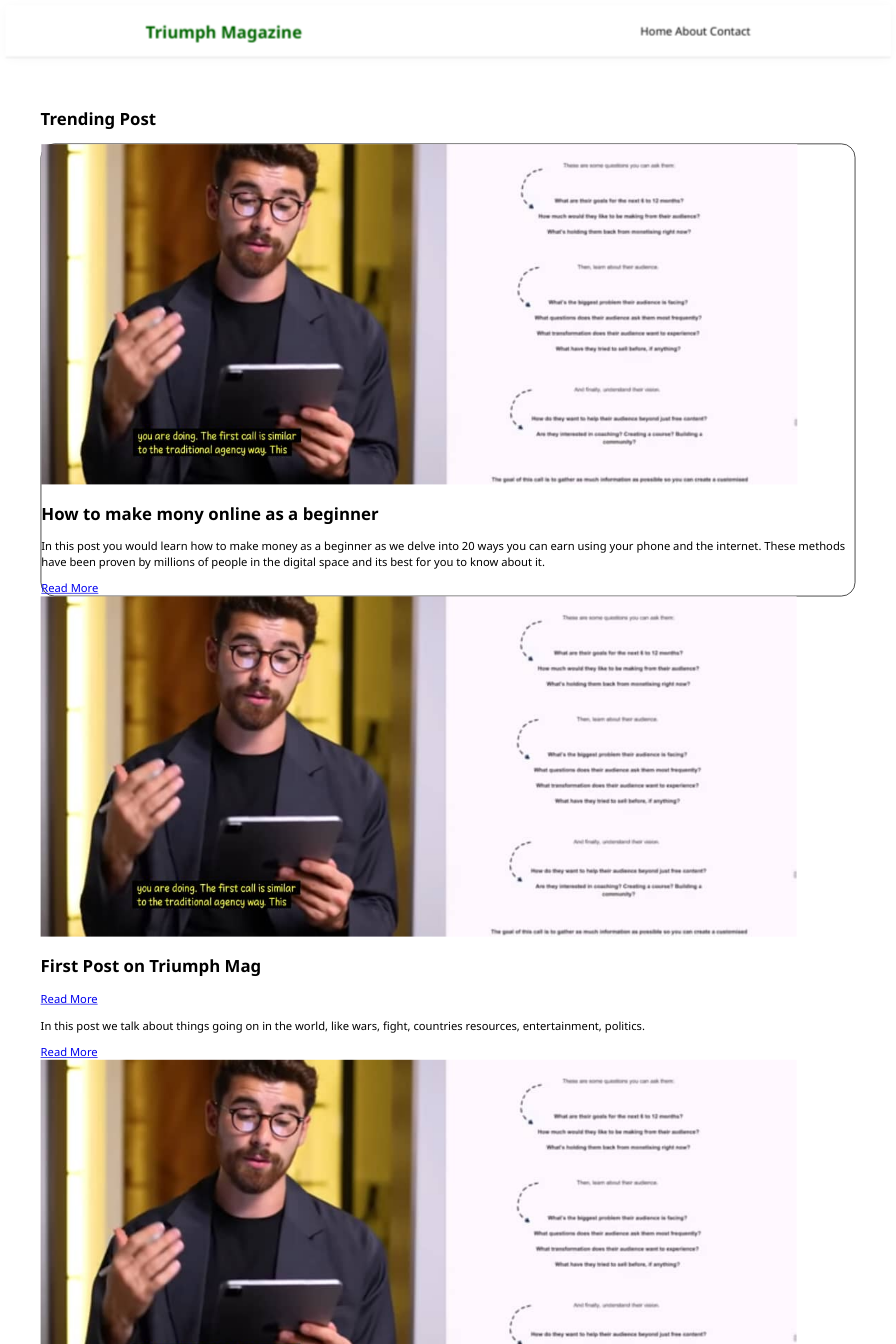
Repository: zikcolle/Triumph-Blog
Page: index.html
The author's editor kept a copy of each file at every save. The page is drawn from the files as they stood at one save, then again after the next save.
The browser window is 1280 px wide. The pictures show the part of the page from y = 0 to 1920 px (the page is 5444 px tall), at 70% of full size.

Above is the page before, as saved 2026-06-21 14:30:14.

After the next save:
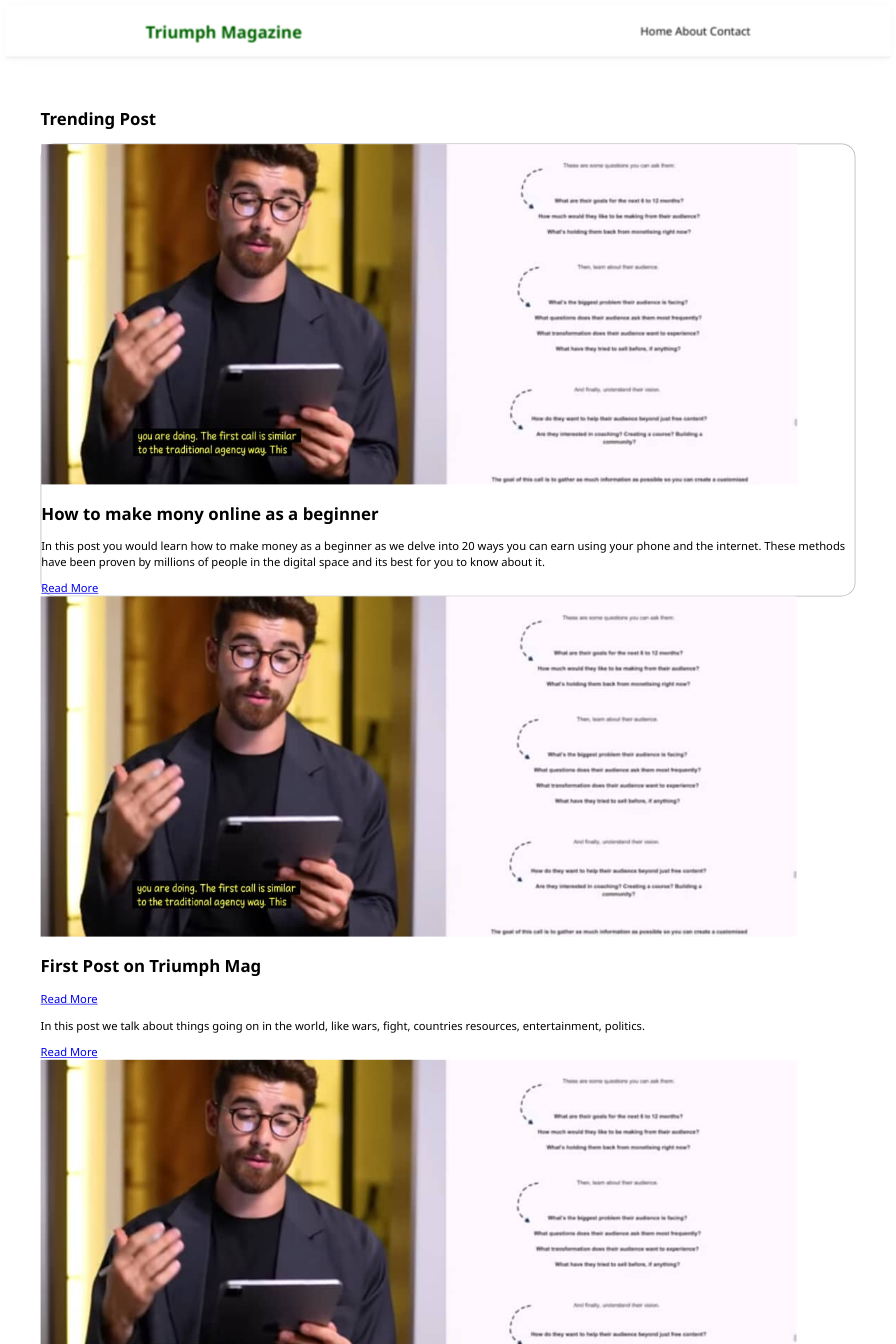
Saved 47 s later.
--- a/styles.css
+++ b/styles.css
@@ -35,7 +35,7 @@ main {
 
 .feat-post {
     background-color: rgb(255, 255, 255);
-    border: 1px solid rgb(0, 0, 0);
+    border: 1px solid rgba(0, 0, 0, 0.311);
     max-width: 100%;
     height: auto;
     align-items: center;
